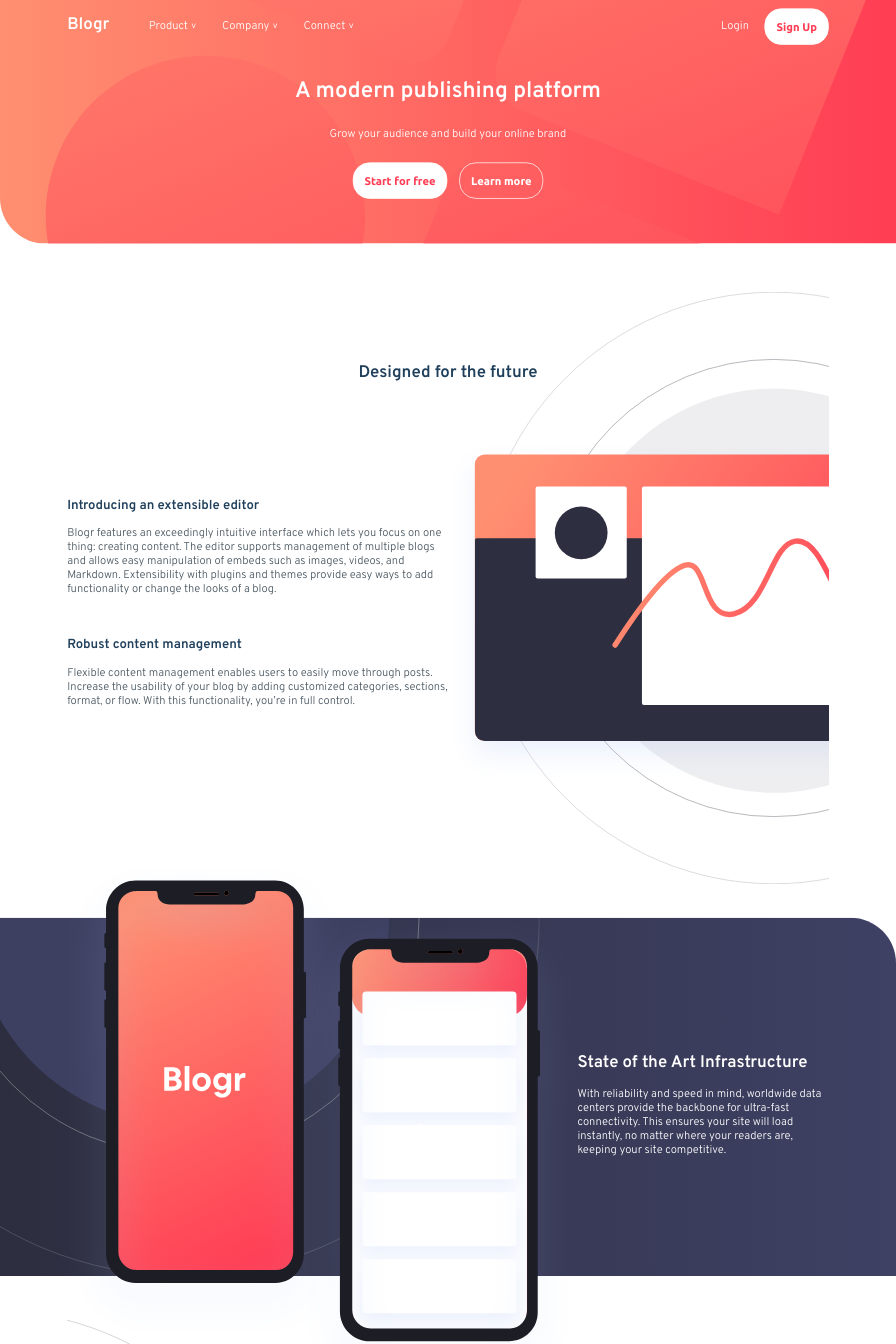
Repository: Ejiro-Oke/Blogr
Page: blogr.html
The author's editor kept a copy of each file at every save. The page is drawn from the files as they stood at one save, then again after the next save.
The browser window is 1280 px wide. The pictures show the part of the page from y = 0 to 1920 px (the page is 3109 px tall), at 70% of full size.

Above is the page before, as saved 2021-04-15 17:08:50.

### blogr.html
<!DOCTYPE html>
<html lang="en">
    <head>
        <meta charset="UTF-8">
        <meta name="viewport" content="width=device-width, initial-scale=1">
        <meta name="author" content="Ejiro Oke">
        <title>Blogr</title>
        <link rel="stylesheet" href="blogr.css">
        <link rel="preconnect" href="https://fonts.gstatic.com">
        <link href="https://fonts.googleapis.com/css2?family=Overpass:wght@300;600&display=swap" rel="stylesheet">
        <!-- <link rel="preconnect" href="https://fonts.gstatic.com"> -->
        <link href="https://fonts.googleapis.com/css2?family=Ubuntu:ital,wght@0,500;0,700;1,400&display=swap" rel="stylesheet">
    </head>

    <body>
    <header id="cropped">
        <div class="container container-flex" id="nav-bar">
            <nav>
            <div id="left-nav">
                <h2 class="site-title">Blogr</h2>
            <ul class="top-navbar">
                <li class="product-drop" id="content-trigger"><a href="#">Product</a><span class="arrow top-arrow p-arrow"> ˅</span></li>
                <div class="product-content kon">
                    <ol class=" drop-top">
                    <li><a href="#">Overview</a></li>
                    <li><a href="#">Pricing</a></li>
                    <li><a href="#">Marketplace</a></li>
                    <li><a href="#">Features</a></li>
                    <li><a href="#">Integrations</a></li>
                    </ol>
                </div>
                <li class="company-drop" id="content-trigger"><a href="#">Company</a><span class="arrow top-arrow c-arrow"> ˅</span></li>
                <div class="company-content kon">
                    <ol class=" drop-top">
                    <li><a href="#">About</a></li>
                    <li><a href="#">Team</a></li>
                    <li><a href="#">Blog</a></li>
                    <li><a href="#">Careers</a></li>
                    </ol>
                </div>
                <li class="connect-drop" id="content-trigger"><a href="#">Connect</a><span class="arrow top-arrow con-arrow"> ˅</span></li>
                <div class="connect-content kon">
                    <ol class=" drop-top">
                    <li><a href="#">Contact</a></li>
                    <li><a href="#">Newsletter</a></li>
                    <li><a href="#">LinkedIn</a></li>
                    </ol>
                </div>
            </ul>
        </div> <!---close left-nav-->

            <div class="top-navbar" id="right-nav">
                <ul>
                <li><a href="#">Login</a></li>
                </ul>
                <button href="#" >Sign Up</button>
            </div>


            <ol class="dropbtn">
            <li class="alt-nav" ></li>
            <li class="alt-nav"></li>
            <li class="alt-nav"></li>
            </ol>

                </div>

            </nav>


        <div class= "container drop-down-menu">
            <ol>
            <li class="product-drop" id="content-trigger">Product<span class="arrow p-arrow"> ˅</span> </li>
            <div class="product-content kon">
                <ol class="dropdown-content">
                <li><a href="#">Overview</a></li>
                <li><a href="#">Pricing</a></li>
                <li><a href="#">Marketplace</a></li>
                <li><a href="#">Features</a></li>
                <li><a href="#">Integrations</a></li>
                </ol>
            </div>
            <li class="company-drop" id="content-trigger">Company<span class="arrow c-arrow"> ˅</span></li>
            <div class="company-content kon">
                <ol class="dropdown-content">
                <li><a href="#">About</a></li>
                <li><a href="#">Team</a></li>
                <li><a href="#">Blog</a></li>
                <li><a href="#">Careers</a></li>
                </ol>
            </div>
            <li class="connect-drop" id="content-trigger"   >Connect<span class="arrow con-arrow"> ˅</span></li>
            <div class="connect-content kon">
                <ol class="dropdown-content">
                <li><a href="#">Contact</a></li>
                <li><a href="#">Newsletter</a></li>
                <li><a href="#">LinkedIn</a></li>
                </ol>
            </div>
            </ol>
            <div class="dropdown-btns">
                <ol>
            <li>Log In</li>
            <li><button class="red-btn">Sign Up</button></li>
                </ol>
        </div>
    </div>
    </div> <!---close container flex/ nav-bar-->

        <div class="container hero">
            <h1>A modern publishing platform</h1>
            <p>Grow your audience and build your online brand</p>
            <button>Start for free</button> <button class="clear-btn">Learn more</button>
        </div>

    </header>

<div class="container container-flex">
    <main role="main">
<h2 class="hero2">Designed for the future</h2>
<div class="columns left">
    <div class="col col-left content">
        <h3>Introducing an extensible editor</h3>
        <p>Blogr features an exceedingly intuitive interface which lets you focus on one thing: creating content. The editor
        supports management of multiple blogs and allows easy manipulation of embeds such as images, videos, and Markdown.
        Extensibility with plugins and themes provide easy ways to add functionality or change the looks of a blog.</p>

        <h3>Robust content management</h3>
        <p>Flexible content management enables users to easily move through posts.
            Increase the usability of your blog by adding customized categories, sections, format, or flow. With this functionality,
            you’re in full control.</p>
    </div><!---close col-left-->

        <img src="images/illustration-editor-desktop.svg" class="col col-right" id="col-image">
</div><!---close columns-->
</div> <!----close container-flex-->


    <div id="col-banner" id="cropped">
    <div class="container container-flex" id="cropped" >
    <div class="columns">
            <img src="images/illustration-phones.svg" class="col col-left">
        <div class="col col-right content" id="col-blue">
    <h2>State of the Art Infrastructure</h2>
    <p>With reliability and speed in mind, worldwide data centers provide the backbone for ultra-fast connectivity.
        This ensures your site will load instantly, no matter where your readers are, keeping your site competitive. </p>
        </div>
</div> <!---close columns-->
</div><!---close container-flex-->
    </div>


<div class="container container-flex">
<div class="columns">
        <img src="images/illustration-laptop-desktop.svg" class="col col-left" id="col-image">

<div class=" col col-right content">
    <h3> Free, open, simple</h3>
    <p>Blogr is a free and open source application backed by a large community of helpful developers.
        It supports features such as code syntax highlighting, RSS feeds, social media integration, third-party commenting tools, and works seamlessly with Google Analytics.
        The architecture is clean and is relatively easy to learn. Powerful tooling Batteries included.
        We built a simple and straightforward CLI tool that makes customization and deployment a breeze, but capable of producing even the most complicated sites</p>
        <h3>Powerful tooling</h3>
        <p> We built a simple and straightforward CLI tool that makes customization and deployment a breeze,
            but capable of producing even the most complicated sites. </p>
</div> <!---col-right-->
</div><!---close columns-->


</main>
</div>

    <footer>
        <div class="container container-flex" id="nav-bar">
            <nav class="bottom-nav">
            <div class="footer">
                <h1 class="logo">Blogr</h1>
                <p class="signoff">Challenge by <a href="https://www.frontendmentor.io/solutions" class="ext">Frontend Mentor</a>. Coded by <a href="https://github.com/Ejiro-Oke" class="ext">Ejiro Oke</a>.</p>
        </div> <!---close left-nav-->

            <div id="footer-nav">
                <ul>
                    <li><h3>Product</h3></li>
                    <li><a href="#">Overview</a></li>
                    <li><a href="#">Pricing</a></li>
                    <li><a href="#">Marketplace</a></li>
                    <li><a href="#">Features</a></li>
                    <li><a href="#">Integrations</a></li>
                </ul>


                <ul>
                    <li><h3>Company</h3></li>
                    <li><a href="#">About</a></li>
                    <li><a href="#">Team</a></li>
                    <li><a href="#">Blog</a></li>
                    <li><a href="#">Careers</a></li>
                </ul>

                <ul>
                    <li><h3>Connect</h3></li>
                    <li><a href="#">Contact</a></li>
                    <li><a href="#">Newsletter</a></li>
                    <li><a href="#">LinkedIn</a></li>
                </ul>
            </div>
            </nav>

        </div> <!---close container flex/ nav-bar-->

    </footer>
    </body>
    <script src="blogr.js"></script>

</html>

### blogr.css
body, html {
    margin: 0 auto;
    padding: 0;
    font-size: 16px;
    font-family: 'Overpass', sans-serif;
    color: hsl(207, 13%, 34%);
}

img {
    max-width: 100%;
    display: block;

}

h1, h2, h3, button, .drop-down-menu{
    font-weight: 600;
}
    .hero2, .col>h3{
    color: hsl(208, 49%, 24%);
}

h2.hero2{
    text-align: center;
    position: relative;
    top: 150px;
}

.col>h3{
    padding-top: 2em;

}

.container {
    width: 85%;
    max-width: 1440px;
    margin:0 auto;
}

ul {
    list-style: none;
    display: flex;
    flex-direction: row;
}

.top-navbar li,
#bottom-nav li{
margin: .6em 1em;
}
#right-nav a{
    margin-right: 0;
}
.arrow{
    display: inline-block;
    color: hsl(353, 100%, 62%);
    font-size: 12px;
    padding: .2em .2em;
    margin: .2em .2em;
    transition: all 0.4s ease;
}
/* .arrow-down{
    transform: rotate(0deg);
    transition: all 0.4s ease;

}
.arrow.open{
    transform: rotate(180deg);
    transition: transform 1s linear;
} */

a, .top-arrow {
    text-decoration: none;
    color: hsl(0, 0%, 100%);
}

.drop-top {
  display:block;
  position:absolute;
  background-color: #f1f1f1;
  min-width: 160px;
  box-shadow: 0px 8px 16px 0px rgba(0,0,0,0.2);
  z-index: 1;
  }

  #content-trigger:hover .top-arrow
  {transform: rotate(180deg);}

  #content-trigger:hover .drop-top
  {display: block;}


button{
margin: auto .4em;
font-family: 'Ubuntu', sans-serif;
background-color:  hsl(0, 0%, 100%);
color: hsl(353, 100%, 62%);
border-radius:24px;
border:1px solid hsl(0, 0%, 100%);
padding: 1em 1em;
font-size: 16px;
font-weight: 700;
cursor: pointer;
}
#right-nav button{
    margin-right: 0;
}
button:hover,
button:focus{
transform: scale(1.1);
margin: 0 .6em;
cursor: pointer;
}

#inline:hover,
#inline:focus{
  padding: .7em .9em;
  cursor: pointer;
}

a:hover,
a:focus{
    font-weight: 600;
    cursor: pointer;
}

ol:hover,
ol:focus{
    /* transform: scale(1.1); */
    cursor: pointer;
}

.clear-btn{
background-color:transparent;
border:1px solid hsl(0, 0%, 100%) ;
color: hsl(0, 0%, 100%);
}

.red-btn{
    background-color: hsl(353, 100%, 62%);
    color: hsl(0, 0%, 100%);

}
nav{
    align-items: center;
    display: flex;
    justify-content: space-between;

}
#left-nav{
    display: flex;
    justify-content: flex-start;
    width: 50%;
}
#right-nav {
    display: flex;
    justify-content: flex-end;
    width: 50%;
}
.alt-nav{
  width: 25px;
  height: 2px;
  background-color: hsl(0, 0%, 100%);
  display: none;
}
.dropbbtn{
    display: none;
}
.drop-down-menu{
    display: none;
    padding: 10px 10px;
    max-width: 310px;
    width: 80%;
    position:absolute;
    left: 0;
    right: 0;
    z-index: 1;
    background-color: hsl(0, 0%, 100%);
    list-style: none;
    color: hsl(207, 13%, 34%);
    box-shadow: 0px 8px 16px 0px hsl(0, 1%, 29%);
    border-radius: 4px 4px;
}
.dropdown-content{
    margin: 0 .8em;
    padding: .5em 0;
    list-style: none;
    background-color: hsl(0, 10%, 92%);
    border-radius: 4px 4px;
}

.product-content, .company-content, .connect-content{
    display: none;
}

/* .kon
{
    display: none ;
}
.kon.close{
display: none;
}
.kon.open{
    display: block;
} */
.dropdown-content a, .drop-top a{
    color: hsl(207, 13%, 34%);
    padding: 1em o;
}
.dropdown-content li, .drop-down-menu li{
    padding: .5em 0;
}

.dropdown-btn{
    /* border-top: solid 1px hsl(0, 10%, 92%); */
}

ol{
    padding-left: 0;
/* border: red 2px solid; */
}
ol> li{
    margin: .3em 1em;
    list-style: none;
}
.bottom-nav{
    justify-content: center;
}
#footer-nav{
    display: flex;
}
#footer-nav ul{
    flex-direction: column;
}

.logo{
    font-size: 80px;
    margin-bottom: 0;
}
.signoff{
    font-size: 12px;
}
.ext {
    text-decoration: underline;
    font-weight: 300;
    color: rgb(66, 66, 243);
}

.hero,
.hero p
{
    padding: 1em 0;
    text-align: center;
    line-height: 1;
}

header {
    font-family: 'Overpass', sans-serif;
    font-weight: 300;
    margin: 0 auto;
    padding-bottom: 3em;
    color:  hsl(0, 0%, 100%);
    background-image:
     url('images/bg-pattern-intro.svg'),
     linear-gradient(to right, hsl(13, 100%, 72%), hsl(353, 100%, 62%));
    background-position:
   center 51%,
    center;
    background-repeat: no-repeat;
    background-size:
    1840px,
    cover;
    border-bottom-left-radius: 65px;
    text-align: center;

}

#col-banner {
    max-height: 32em;
    font-family: 'Overpass', sans-serif;
    margin: 3em 0;
    color:  hsl(0, 0%, 100%);
    background-image:
     url('images/bg-pattern-circles.svg'),
     linear-gradient(to right, hsl(237, 17%, 21%), hsl(237, 23%, 32%));
    background-position:
    bottom left -99%,
    center;
    background-repeat: no-repeat;
    background-size:
    80%,
    cover;
    border-top-right-radius: 65px;
    padding: 0;
}


footer {
    font-family: 'Overpass', sans-serif;
    font-weight: 300;
    margin: 0 auto;
    padding: 3em 0;
    margin-top: 3em;
    color:  hsl(0, 0%, 100%);
    background-color: hsl(240, 19%, 10%);
    border-bottom-left-radius: 65px;
    text-align: center;
    color: hsl(240, 2%, 79%);
}


.columns {
    display: flex;
    justify-content: space-between;
}

.col {
    width: 50%;
}

.content{
    padding: 14.75em 0;

}

.col-left{
    order: -1;
    /* margin-right: 20%; */
}
.col-right{
order: 2;
}

#col-blue{
    position: relative;
    margin-top: -4em;
}
#col-image{
    /* order: -2; */
    max-height: 65em;
    object-fit:cover;
}

.col-right#col-image{
    object-position:left ;

}

.col-left#col-image{
    object-position: right;
}

#cropped {
    /* max-width: 50%; width of container */
 /* max-height: 58em;     */
    overflow-y: visible;
    height: fit-content;

}

#cropped img {
    margin-top: -80px;
    margin-left: -10;
    width: 69em;
}

@media only screen and (min-width: 320px) and (max-width: 767px) {
    header, #col-banner {
        padding-top: 2em;
        /* height: 58em; */
        max-height: 58em ;
        overflow-y: visible;
    }
    .hero{
        padding-top: 3em;
    }
    h3{
        font-size: 24px;
    }
    h2{
        font-size: 32px;
    }
    .hero2{
        font-size: 24px;
    }
    .columns{
    flex-direction: column;
    flex: 1;
    align-items: center;
    margin: 3em 0;
}

.col {
   width: 95%;
    max-width: 760px;
    justify-content: center;
    text-align: center;
    padding: .5em 1em;
    margin: 0;
    align-items: center;
}
.content{
    padding-top: 0;
    padding-bottom: 0;
    margin-bottom: 5em;
    margin-top: 0;
}
.left{
    flex-direction: column-reverse;
}

.hero2{
    position:static !important;
    padding-top: 2em;
}
    nav{
        display: flex;
        justify-content: space-between;
    }
    #left-nav{
        margin: .6em;
     }
     .top-navbar, #right-nav{
         display: none;
     }
     .alt-nav{
         display: block;
     }
    header {
        text-align: center;
        min-height: 494px;
    }
    #cropped img {
        position: static;
        width: 95%;
        margin-top: -245px;
        padding: 0;
    }
    #col-banner {
        margin-top: 7em;
        border-bottom-left-radius: 65px;
        height: auto;
    }
    #col-blue{
        margin-top: .1em;
    }

    .columns>img{
        padding-bottom: 0;
        margin-bottom: 0;
        width: 95%;
        }

        footer{
            border-top-right-radius: 65px;

        }

        #footer-nav ul {
                padding-left: 0;
                margin: 1em auto;
        }

    #footer-nav li{
        margin: .3em .1em;
        /* border: red 2px solid; */
        margin-left: 0;

    }

    #footer-nav{
        display: block;
    }

    .bottom-nav{
        display: block;
        justify-content: center;
         /* border: red 2px solid; */
        }
    }

Loaded but not shown: blogr.js (110 lines, source omitted)

After the next save:
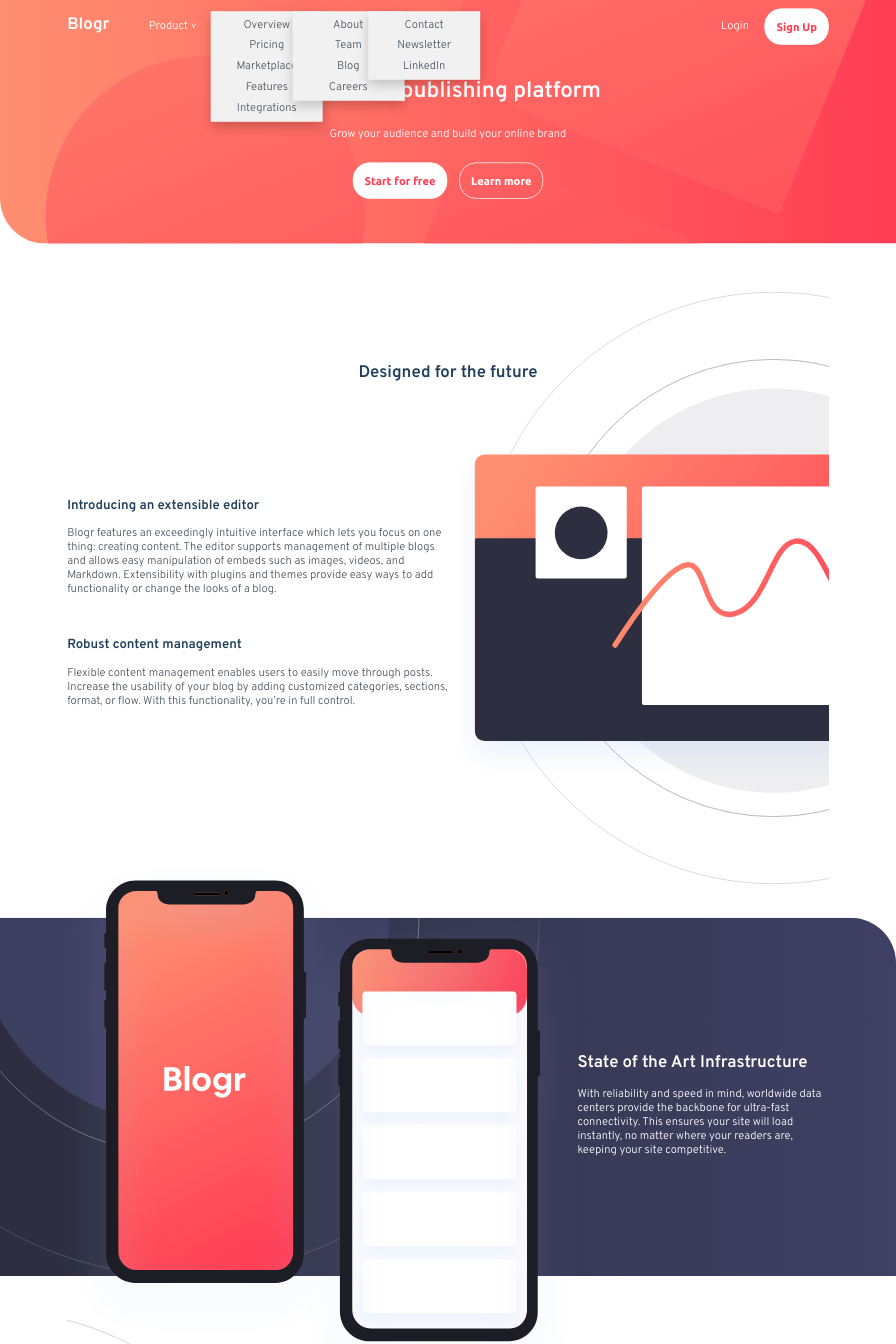
Saved 112 s later.
--- a/blogr.css
+++ b/blogr.css
@@ -187,9 +187,6 @@
     border-radius: 4px 4px;
 }
 
-.product-content, .company-content, .connect-content{
-    display: none;
-}
 
 /* .kon
 {

After the save that followed:
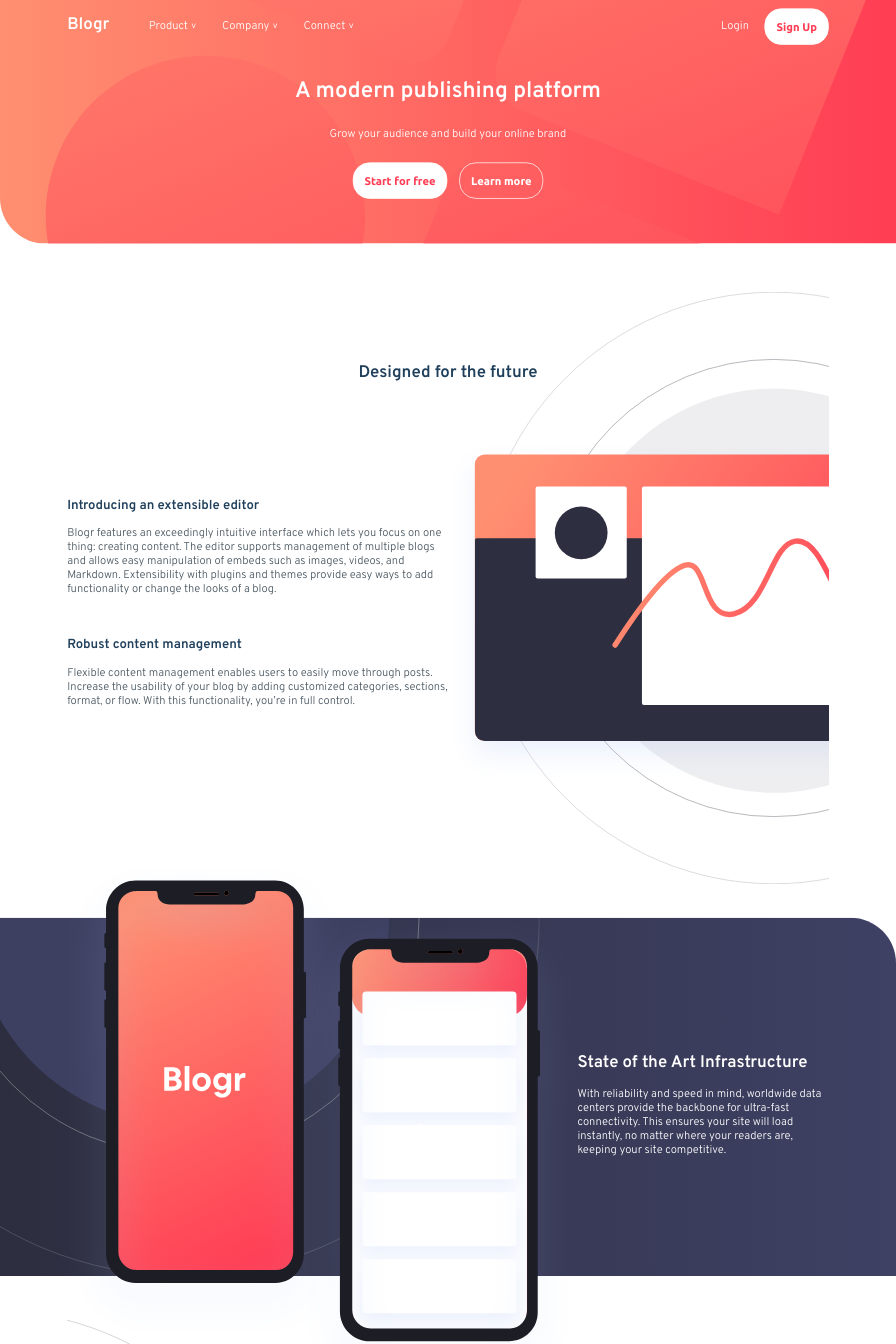
Saved 10 s later.
--- a/blogr.css
+++ b/blogr.css
@@ -187,6 +187,9 @@
     border-radius: 4px 4px;
 }
 
+.product-content, .company-content, .connect-content{
+    display: none;
+}
 
 /* .kon
 {
